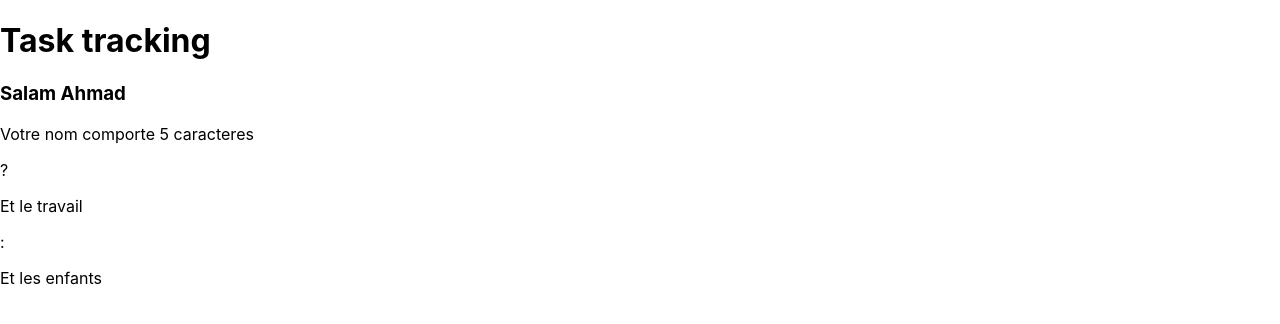
Repository: feyroozecode/task_tracker
Page: /
The author's editor kept a copy of each file at every save. The page is drawn from the files as they stood at one save, then again after a run of saves.
The browser window is 1280 px wide. The pictures show the whole page.
The project was rebuilt for these pictures with package versions that can differ from the ones it lists, and the page was loaded fresh each time. Also part of the build but not shown: src/App.css.

Above is the page before, as saved 2023-10-19 12:22:48.

After the next 5 saves:
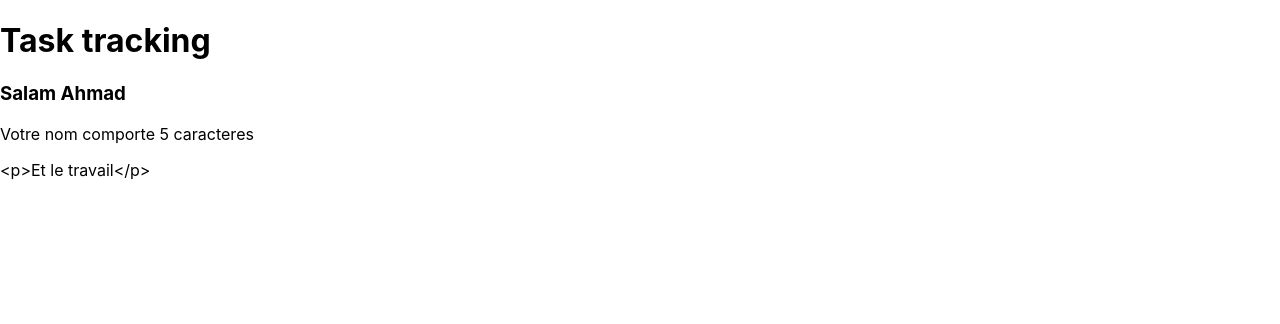
The 5 saves are shown as one change because 3 did not build or start and some came seconds apart.
The last was saved 62 s later.
--- a/src/App.js
+++ b/src/App.js
@@ -10,7 +10,7 @@ function App() {
       <h3>Salam {userName} </h3>
 
       <p>Votre nom comporte  { userName.length.toString() } caracteres </p>
-      {isMan} ? <p>Et le travail</p> : <p>Et les enfants</p>
+      {isMan ? '<p>Et le travail</p>' : '<p>Et les enfants</p>' }
     </div>
   );
 }
